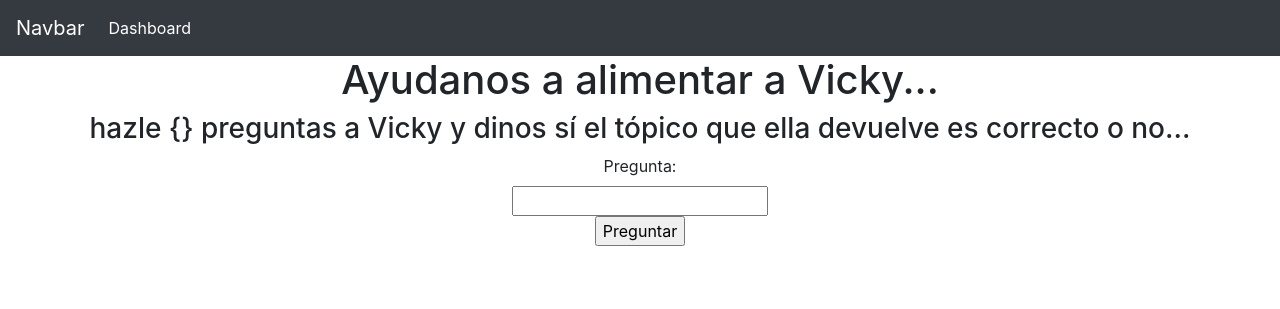
Repository: Crixtiancub/feedback_Vicky
Page: vicky/templates/dashboard.html
These files come from the project's save history. The page is drawn as it stood at one moment and after the next save; the edit follows.
The browser window is 1280 px wide. The pictures show the whole page.
The page is served by the project's application, run on Django 3.2 (manage.py). Other server files are loaded and not shown. The template is opened directly, without the code that normally fills it, so the values that code supplies are empty.

Above is the page before, as saved 2021-04-29 08:46:34.

### vicky/templates/dashboard.html
{% extends 'main.html' %}

{% block content %}

<center>
    <h1>Ayudanos a alimentar a Vicky...</h1>

    <h3>hazle {} preguntas a Vicky y dinos sí el tópico que ella
        devuelve es correcto o no...</h3>

    <form action="{% url 'home' %}">
        {% csrf_token%}
        <label for="txt_pregunta_Vicky">Pregunta:</label><br>
        <input type="text" id="txt_pregunta_Vicky" name="pregunta_Vicky"><br>
        <input type="submit" value="Preguntar">
    </form>

</center>

{% endblock %}

### vicky/templates/main.html
<!DOCTYPE html>
 <!-- Latest compiled and minified CSS -->
 <link rel="stylesheet" href="https://maxcdn.bootstrapcdn.com/bootstrap/4.5.2/css/bootstrap.min.css">

 <!-- jQuery library -->
 <script src="https://ajax.googleapis.com/ajax/libs/jquery/3.5.1/jquery.min.js"></script>

 <!-- Popper JS -->
 <script src="https://cdnjs.cloudflare.com/ajax/libs/popper.js/1.16.0/umd/popper.min.js"></script>

 <!-- Latest compiled JavaScript -->
 <script src="https://maxcdn.bootstrapcdn.com/bootstrap/4.5.2/js/bootstrap.min.js"></script>

<html>
    <head>
        <title>
            Prueba1
        </title>
    </head>
    <body>
        {% include 'navbar.html' %}

        {% block content %}

        {% endblock %}
    </body>
</html>

### vicky/templates/navbar.html
 <nav class="navbar navbar-expand-lg navbar-dark bg-dark">
    <a class="navbar-brand" href="#">Navbar</a>
    <button class="navbar-toggler" type="button" data-toggle="collapse" data-target="#navbarSupportedContent" aria-controls="navbarSupportedContent" aria-expanded="false" aria-label="Toggle navigation">
      <span class="navbar-toggler-icon"></span>
    </button>

    <div class="collapse navbar-collapse" id="navbarSupportedContent">
      <ul class="navbar-nav mr-auto">
        <li class="nav-item active">
          <a class="nav-link" href="{% url 'home' %}">Dashboard</a>
        </li>
        <!-- <li class="nav-item dropdown">
          <a class="nav-link dropdown-toggle" href="#" id="navbarDropdown" role="button" data-toggle="dropdown" aria-haspopup="true" aria-expanded="false">
            Dropdown
          </a>
          <div class="dropdown-menu" aria-labelledby="navbarDropdown">
            <a class="dropdown-item" href="#">Action</a>
            <a class="dropdown-item" href="#">Another action</a>
            <div class="dropdown-divider"></div>
            <a class="dropdown-item" href="#">Something else here</a>
          </div>
        </li>
        <li class="nav-item">
          <a class="nav-link disabled" href="#">Disabled</a>
        </li>
      </ul>
      <form class="form-inline my-2 my-lg-0">
        <input class="form-control mr-sm-2" type="search" placeholder="Search" aria-label="Search">
        <button class="btn btn-outline-success my-2 my-sm-0" type="submit">Search</button>
      </form> -->
    </div>
  </nav>

### prueba_Vicky/urls.py
"""prueba_Vicky URL Configuration

The `urlpatterns` list routes URLs to views. For more information please see:
    https://docs.djangoproject.com/en/3.2/topics/http/urls/
Examples:
Function views
    1. Add an import:  from my_app import views
    2. Add a URL to urlpatterns:  path('', views.home, name='home')
Class-based views
    1. Add an import:  from other_app.views import Home
    2. Add a URL to urlpatterns:  path('', Home.as_view(), name='home')
Including another URLconf
    1. Import the include() function: from django.urls import include, path
    2. Add a URL to urlpatterns:  path('blog/', include('blog.urls'))
"""
from django.contrib import admin
from django.urls import path, include

urlpatterns = [
    path('admin/', admin.site.urls),
    path('', include('vicky.urls'))
]

### vicky/urls.py
from django.urls import path
from . import views
from django.conf.urls import url


# Direccionamiento de las paginas
urlpatterns = [
    path(r'', views.home, name="home"),
]

After the next save:
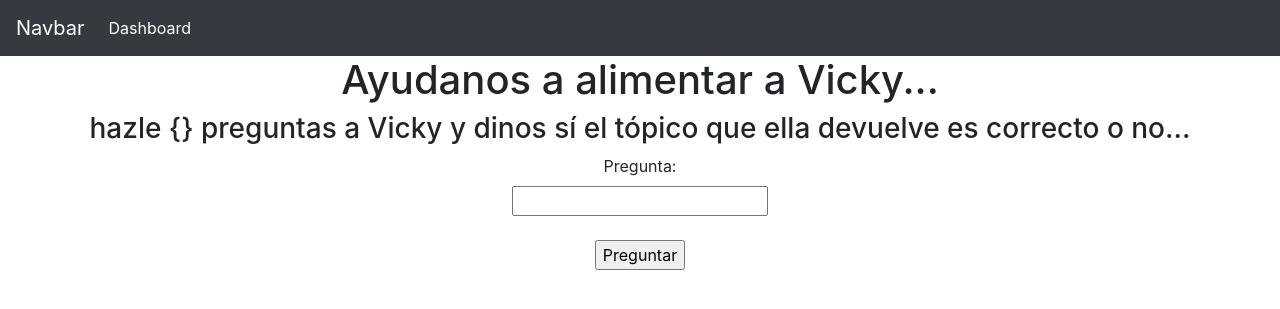
Saved 28 s later.
--- a/vicky/templates/dashboard.html
+++ b/vicky/templates/dashboard.html
@@ -11,7 +11,7 @@
     <form action="{% url 'home' %}">
         {% csrf_token%}
         <label for="txt_pregunta_Vicky">Pregunta:</label><br>
-        <input type="text" id="txt_pregunta_Vicky" name="pregunta_Vicky"><br>
+        <input type="text" id="txt_pregunta_Vicky" name="pregunta_Vicky"><br><br>
         <input type="submit" value="Preguntar">
     </form>
 
